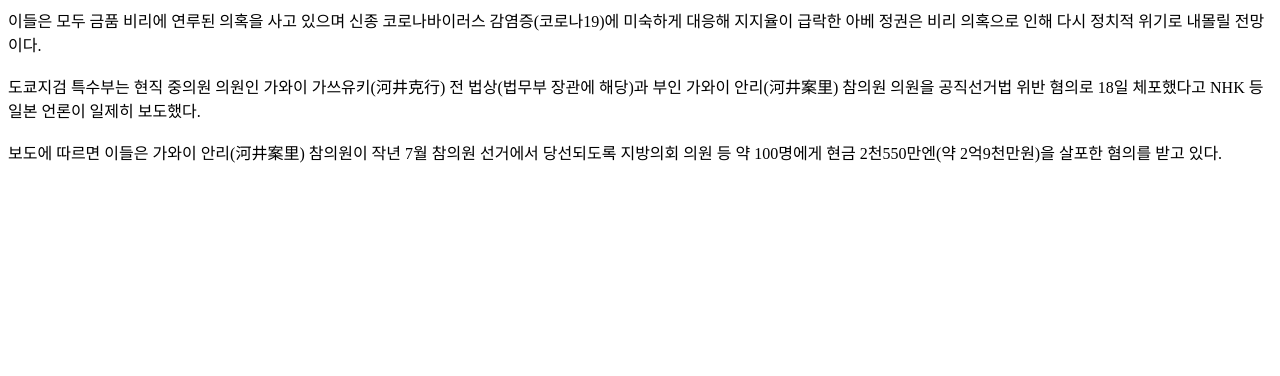
Repository: ssj5037/Class-Study
Page: [5] HTML, CSS, JavaScript/ClientTest/WebContent/Ex06_p.html
These files come from the project's save history. The page is drawn as it stood at one moment and after the next save; the edit follows.
The browser window is 1280 px wide. The pictures show the whole page.

Above is the page before, as saved 2020-06-18 08:11:50.

### [5] HTML, CSS, JavaScript/ClientTest/WebContent/Ex06_p.html
<!DOCTYPE html>
<html>
<head>
<meta charset="UTF-8">
<title>Insert title here</title>
</head>
<body>
	<!--

		Ex06_p.html

		<p> 태그
		- 문단 태그
		- 텍스트 집합 생성


	-->


이들은 모두 금품 비리에 연루된 의혹을 사고 있으며 신종 코로나바이러스 감염증(코로나19)에 미숙하게 대응해 지지율이 급락한 아베 정권은 비리 의혹으로 인해 다시 정치적 위기로 내몰릴 전망이다.
<br><br>

도쿄지검 특수부는 현직 중의원 의원인 가와이 가쓰유키(河井克行) 전 법상(법무부 장관에 해당)과 부인 가와이 안리(河井案里) 참의원 의원을 공직선거법 위반 혐의로 18일 체포했다고 NHK 등 일본 언론이 일제히 보도했다.
<br><br>

보도에 따르면 이들은 가와이 안리(河井案里) 참의원이 작년 7월 참의원 선거에서 당선되도록 지방의회 의원 등 약 100명에게 현금 2천550만엔(약 2억9천만원)을 살포한 혐의를 받고 있다.

</body>
</html>

After the next save:
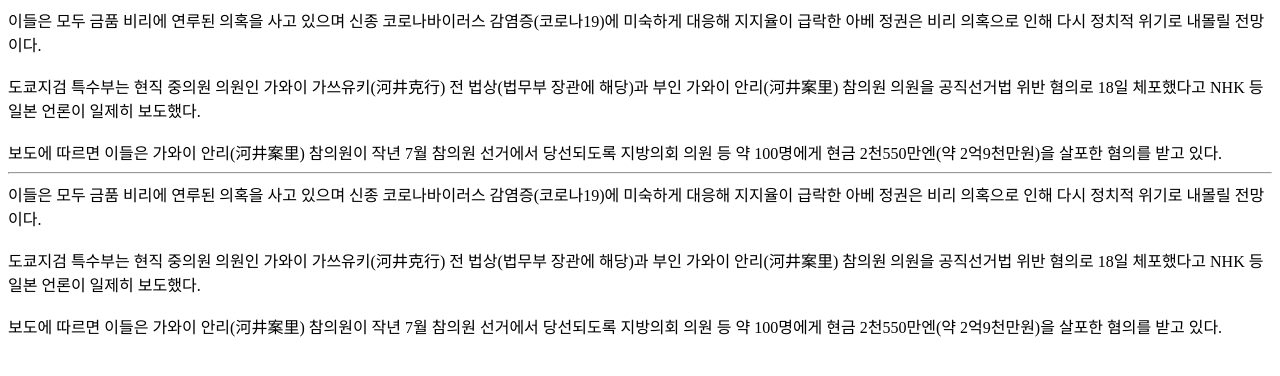
Saved 50 s later.
--- a/[5] HTML, CSS, JavaScript/ClientTest/WebContent/Ex06_p.html
+++ b/[5] HTML, CSS, JavaScript/ClientTest/WebContent/Ex06_p.html
@@ -17,13 +17,29 @@
 	-->
 
 
-이들은 모두 금품 비리에 연루된 의혹을 사고 있으며 신종 코로나바이러스 감염증(코로나19)에 미숙하게 대응해 지지율이 급락한 아베 정권은 비리 의혹으로 인해 다시 정치적 위기로 내몰릴 전망이다.
+이들은 모두 금품 비리에 연루된 의혹을 사고 있으며 신종 코로나바이러스 감염증(코로나19)에 미숙하게 대응해
+지지율이 급락한 아베 정권은 비리 의혹으로 인해 다시 정치적 위기로 내몰릴 전망이다.
 <br><br>
 
-도쿄지검 특수부는 현직 중의원 의원인 가와이 가쓰유키(河井克行) 전 법상(법무부 장관에 해당)과 부인 가와이 안리(河井案里) 참의원 의원을 공직선거법 위반 혐의로 18일 체포했다고 NHK 등 일본 언론이 일제히 보도했다.
+도쿄지검 특수부는 현직 중의원 의원인 가와이 가쓰유키(河井克行) 전 법상(법무부 장관에 해당)과
+부인 가와이 안리(河井案里) 참의원 의원을 공직선거법 위반 혐의로 18일 체포했다고 NHK 등 일본 언론이 일제히 보도했다.
 <br><br>
 
-보도에 따르면 이들은 가와이 안리(河井案里) 참의원이 작년 7월 참의원 선거에서 당선되도록 지방의회 의원 등 약 100명에게 현금 2천550만엔(약 2억9천만원)을 살포한 혐의를 받고 있다.
+보도에 따르면 이들은 가와이 안리(河井案里) 참의원이 작년 7월 참의원 선거에서 당선되도록 지방의회 의원 등
+약 100명에게 현금 2천550만엔(약 2억9천만원)을 살포한 혐의를 받고 있다.
+
+	<hr>
+
+이들은 모두 금품 비리에 연루된 의혹을 사고 있으며 신종 코로나바이러스 감염증(코로나19)에 미숙하게 대응해
+지지율이 급락한 아베 정권은 비리 의혹으로 인해 다시 정치적 위기로 내몰릴 전망이다.
+<br><br>
+
+도쿄지검 특수부는 현직 중의원 의원인 가와이 가쓰유키(河井克行) 전 법상(법무부 장관에 해당)과
+부인 가와이 안리(河井案里) 참의원 의원을 공직선거법 위반 혐의로 18일 체포했다고 NHK 등 일본 언론이 일제히 보도했다.
+<br><br>
+
+보도에 따르면 이들은 가와이 안리(河井案里) 참의원이 작년 7월 참의원 선거에서 당선되도록 지방의회 의원 등
+약 100명에게 현금 2천550만엔(약 2억9천만원)을 살포한 혐의를 받고 있다.
 
 </body>
 </html>
